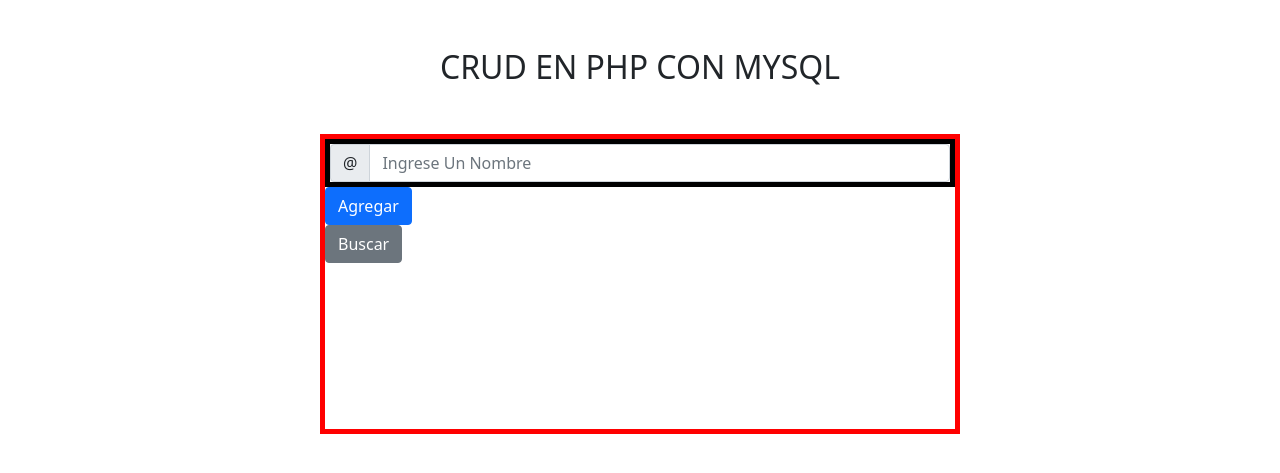
Repository: nder1996/CRUD_SENCILLO
Page: http://localhost/
The author's editor kept a copy of each file at every save. The page is drawn from the files as they stood at one save, then again after the next save.
The browser window is 1280 px wide. The pictures show the whole page.
The page is run by PHP 8.4 with error messages shown; the project is at /var/www/html/.

Above is the page before, as saved 2021-10-04 20:02:18.

After the next save:
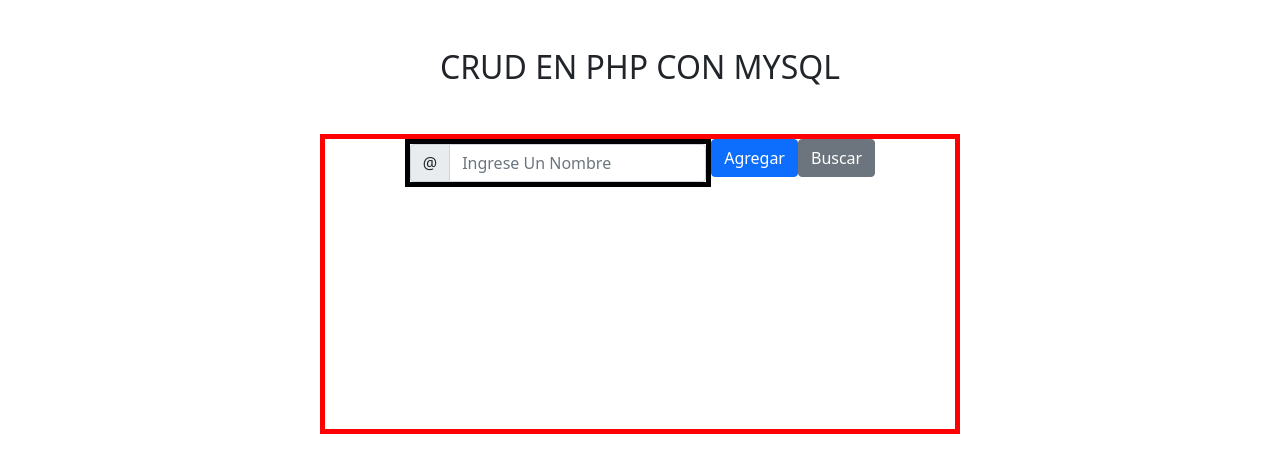
Saved 8 s later.
--- a/CRUD - SILENCIADO/index.php
+++ b/CRUD - SILENCIADO/index.php
@@ -12,7 +12,7 @@
 <body>
     <h2 class="text-center mt-5">CRUD EN PHP CON MYSQL</h2>
     <div class="contenedor mt-5">
-            <div class="">
+            <div class="d-flex justify-content-center">
                 <section>
                     <label class="visually-hidden" for="inlineFormInputGroupUsername">Username</label>
                     <div class="input-group">

After the 4 saves that followed:
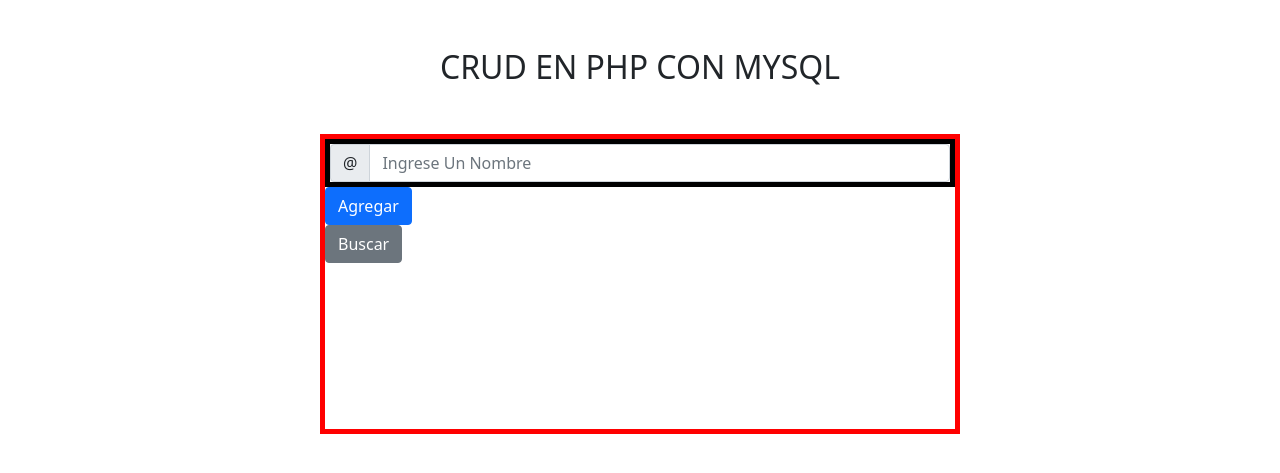
The 4 saves are shown as one change because 3 left the picture as it was.
The last was saved 65 s later.
--- a/CRUD - SILENCIADO/index.php
+++ b/CRUD - SILENCIADO/index.php
@@ -12,8 +12,8 @@
 <body>
     <h2 class="text-center mt-5">CRUD EN PHP CON MYSQL</h2>
     <div class="contenedor mt-5">
-            <div class="d-flex justify-content-center">
-                <section>
+            <div class="Inputd-flex justify-content-center">
+                <section class="ml-5">
                     <label class="visually-hidden" for="inlineFormInputGroupUsername">Username</label>
                     <div class="input-group">
                       <div class="input-group-text">@</div>
